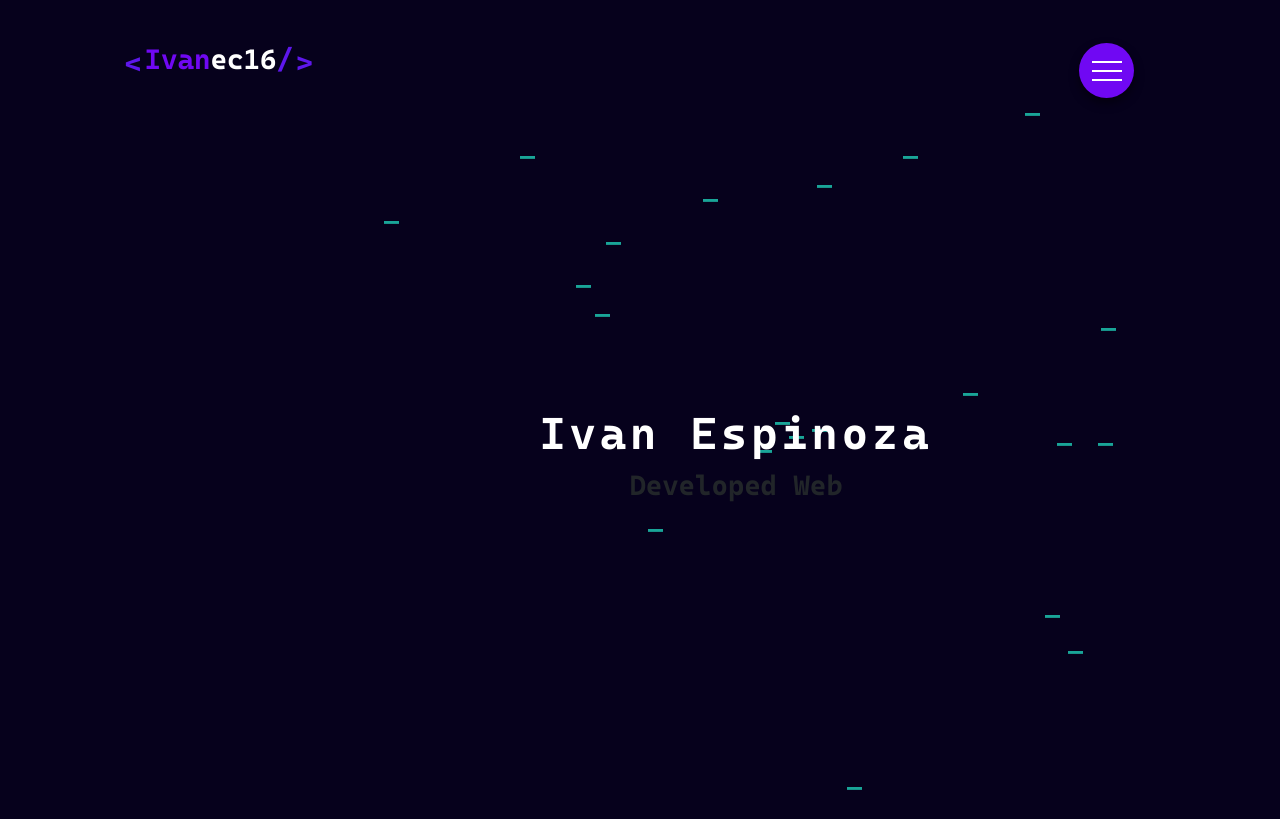
Repository: banchiec/portafolio
Page: /
An editor plug-in stored every save of this project. The page is shown before and after the next save, followed by the edit.
The browser window is 1280 px wide. The pictures show the whole page.
The project was rebuilt for these pictures with package versions that can differ from the ones it lists, and the page was loaded fresh each time.

Above is the page before, as saved 2021-01-08 15:29:58.

### public/index.html
<!DOCTYPE html>
<html lang="en">
  <head>
    <meta charset="utf-8" />
    <link rel="icon" href="%PUBLIC_URL%/favicon.ico" />
    <meta name="viewport" content="width=device-width, initial-scale=1" />
    <meta name="theme-color" content="#000000" />
    <meta
      name="description"
      content="Web site created using create-react-app"
    />
    <link rel="apple-touch-icon" href="%PUBLIC_URL%/logo192.png" />
    <!--
      manifest.json provides metadata used when your web app is installed on a
      user's mobile device or desktop. See https://developers.google.com/web/fundamentals/web-app-manifest/
    -->
    <link rel="manifest" href="%PUBLIC_URL%/manifest.json" />
    <!--
      Notice the use of %PUBLIC_URL% in the tags above.
      It will be replaced with the URL of the `public` folder during the build.
      Only files inside the `public` folder can be referenced from the HTML.

      Unlike "/favicon.ico" or "favicon.ico", "%PUBLIC_URL%/favicon.ico" will
      work correctly both with client-side routing and a non-root public URL.
      Learn how to configure a non-root public URL by running `npm run build`.
    -->
    <link rel="stylesheet" href="https://use.fontawesome.com/releases/v5.15.1/css/all.css" integrity="sha384-vp86vTRFVJgpjF9jiIGPEEqYqlDwgyBgEF109VFjmqGmIY/Y4HV4d3Gp2irVfcrp" crossorigin="anonymous">
    <title>React App</title>
  </head>
  <body data-aos-easing="ease" data-aos-duration="400" data-aos-delay="0">
    <noscript>You need to enable JavaScript to run this app.</noscript>
    <div id="root"></div>
    <!--
      This HTML file is a template.
      If you open it directly in the browser, you will see an empty page.

      You can add webfonts, meta tags, or analytics to this file.
      The build step will place the bundled scripts into the <body> tag.

      To begin the development, run `npm start` or `yarn start`.
      To create a production bundle, use `npm run build` or `yarn build`.
    -->
  </body>
</html>

### src/index.css
body {
  margin: 0;
  font-family: -apple-system, BlinkMacSystemFont, 'Segoe UI', 'Roboto', 'Oxygen',
    'Ubuntu', 'Cantarell', 'Fira Sans', 'Droid Sans', 'Helvetica Neue',
    sans-serif;
  -webkit-font-smoothing: antialiased;
  -moz-osx-font-smoothing: grayscale;
}

code {
  font-family: source-code-pro, Menlo, Monaco, Consolas, 'Courier New',
    monospace;
}

@font-face{
  font-family:'cascadiaCode-Bold';
  src: local('cascadiaCode-Bold'), url(./fonts/CascadiaCode-Bold.ttf)
}

### src/App.css
.App {
  background-color: #06011c;
  text-align: center;
}
html{
  background-color: #06011c;
  font-family: cascadiaCode-Bold;
}

.App-logo {
  height: 40vmin;
  pointer-events: none;
}

@media (prefers-reduced-motion: no-preference) {
  .App-logo {
    animation: App-logo-spin infinite 20s linear;
  }
}

.App-header {
  background-color: #282c34;
  min-height: 100vh;
  display: flex;
  flex-direction: column;
  align-items: center;
  justify-content: center;
  font-size: calc(10px + 2vmin);
  color: white;
}

.App-link {
  color: #61dafb;
}

@keyframes App-logo-spin {
  from {
    transform: rotate(0deg);
  }
  to {
    transform: rotate(360deg);
  }
}

### src/components/cards/cardPresentation/CardPresentation.js
import { formatMs } from '@material-ui/core'
import React from 'react'
import './cardPresentation.css'

export default function CardPresentation() {
    return (
        <div className="card-container">
          <div className="card-title-container">
            <h1 id="card-title">Ivan Espinoza</h1>
            <h3 id="card-tagline">Developed Web</h3>
          </div>
        </div>
    )
}

### src/components/NavbarPortafolio.css
nav#navbar1 {
    margin: 1.6rem 0 0 0 ;
    background: transparent;
    font-family: cascadiaCode-Bold;
    justify-content: space-around;

}
.navbar-brand {
    display: flex;
    grid-template-columns: repeat(5,auto);
    margin-left: 9%;
    font-weight: 10px;
    /* border: 1px solid green; */
}
.lista-logo{
    display: grid;
    grid-template-columns: repeat(5,auto);
}
.noActive {
    /* display: none; */
    visibility: hidden;
}
.first-text-logo {
    font-size: 2.2vw;
    color: #7008f3;
}
.text-logo{
    font-size: 2.2vw;
    font-weight: bold;
}
.contenedor-menor{
    margin-top: 5px;
}
.contenedor-mayor {
    margin-top: 4px;
}
.menor-mayor{
    /* padding: 0; */
    /* border: 1px solid green; */
    margin-right: 1.5px;
    color: #5e17eb;
    font-size: 2.2vw;
}
.barra-inclinada {
    margin-right: 3px;
    color: #5e17eb;
    font-size: 2.2vw;
    /* border: 1px solid green; */
}
.toggler-example {
    border: none;
    border-radius: 40px;
    /* border: 10px solid green; */
    background: transparent;
}
.icon-button {
    margin-top: 10px;
    margin-right: 9%;
}
.fa-bars {
    border-radius: 30px;
    padding: 0.8rem;
    background: #5e17eb;
    width: 50px;
    font-size: 1.4rem;
    color:white ;
}

/* menu */
.navbar-menu {
    border: 1px solid green;
    display: flex;
    float: right;
    background-color: #06011c;
    /* z-index: 1; */
    color: whitesmoke;
}

.navbar-list {
    z-index: -1;
    padding: 19rem;
    position: relative;
    list-style: none;
}

@media screen and (max-width: 360px) {
    .first-text-logo {
        font-size: 21px;
    }
    .text-logo {
        font-size: 21px;
    }
    .menor-mayor {
        font-size: 1.2rem;
    }
    .icon-button {
        bottom: 1px;
    }
    .barra-inclinada {
        margin-top: 3px;
        margin-right: 0px;

        font-size: 1rem;
    }
    .contenedor-menor {
        margin-top: 2px ;
    }
    .contenedor-mayor {
        margin-top: 2px;
    }
    .icon-button {
        margin-top: -2%;
        margin-right: -5px;

    }
    .navbar-brand {
        margin-top: -8%;
        margin-left: 1%;
    }
}

### src/components/MenuDesplegable.css
body {
  background: tomato;
  font-family: 'Roboto', 'Arial', sans-serif;
  text-rendering: geometricPrecision;
  -webkit-font-smoothing: antialiased; }

.menu-wrapper {
  margin-top: -5rem;
  /* border: 1px solid green; */
  z-index: 1;
  background: transparent;
  width: 60vw;
  height: 100vh;
  margin-top: -6.1rem;
  margin-right: .11rem;
  float: right;
  overflow: hidden;
}

.material-menu {
  float: right;
  position: relative;
  width: 100%;
  height: 100%;
  background: transparent;
  z-index: 3; }

#material-btn {
  display: flex;
  align-items: center;
  justify-content: center;
  flex-wrap: wrap;
  background: transparent;
  width: 55px;
  height: 55px;
  cursor: pointer;
  border-radius: 50%;
  z-index: 2;
  position: absolute;
  top: 42px;
  right: 9rem; }
  #material-btn.active .material-hamburguer:before {
    transform: scale(16); }
  #material-btn .material-hamburguer {
      /* border-radius: 50px;
    background: green; */
    transition: all 0.2s ease-out; }
    #material-btn .material-hamburguer:before {
      content: '';
      position: absolute;
      top: 0;
      left: 0;
      width: 55px;
      height: 55px;
      z-index: -1;
      /* background: #06011c; */
      background: #7008f3;
      border-radius: 50%;
      box-shadow: 0 5px 10px rgba(0, 0, 0, 0.5);
      transform: scale(1);
      transition: all 0.35s ease-out; }
    #material-btn .material-hamburguer .material-patty {
      width: 30px;
      height: 2px;
      background: white;
      transition: all 0.2s ease-out; }
      #material-btn .material-hamburguer .material-patty:not(:last-child) {
        margin-bottom: 6.9px; }
    #material-btn .material-hamburguer.material-close {
      transform: rotate(-180deg); }
      #material-btn .material-hamburguer.material-close .material-patty:nth-child(1) {
        transform: translate(9px, 4px) rotate(45deg) scale(0.5, 1); }
      #material-btn .material-hamburguer.material-close .material-patty:nth-child(3) {
        transform: translate(9px, -4px) rotate(-45deg) scale(0.5, 1); }

.material-content {
  margin-left: 4rem;

  /* border: 1px solid red; */
  position: relative;
  z-index: 1; }
  .material-content nav {
    /* border: 1px solid green; */
    height: 40vh;
    position: absolute;
    margin-top: -10rem;
    margin-left: 24rem;
    top: 100px;
    padding: 15%; }
    .material-content nav ul {
        /* border: 1px solid green; */
    }
    .material-content nav li {
      /* border: 1px solid green; */
      text-align: start;
      list-style: none;
      color: white;
      margin-bottom: 40px;
      transition: all 0.3s ease-out;
      transform: translateY(70px);
      opacity: 0; }
      .material-content nav li.active {
        transform: translateY(0px);
        opacity: 1; }
    .material-content nav li:nth-child(1) {
      transition-delay: 0.1s; }
    .material-content nav li:nth-child(2) {
      transition-delay: 0.2s; }
    .material-content nav li:nth-child(3) {
      transition-delay: 0.3s; }
    .material-content nav li:nth-child(4) {
      transition-delay: 0.4s; }
  .material-content a {

    /* border: 1px solid green; */
    font-size: 1.2vw;
    color: tomato;
    transition: all 0.3s ease-out; }
  .material-content.active {
    z-index: 2; }

/*# sourceMappingURL=MenuDesplegable.css.map */

Loaded but not shown: src/index.js (common file); src/reportWebVitals.js (common file); src/components/NavbarPortafolio.js (101 lines, source omitted); src/App.js (33 lines, source omitted); src/components/cards/cardPresentation/cardPresentation.css (257 lines, source omitted)

After the next save:
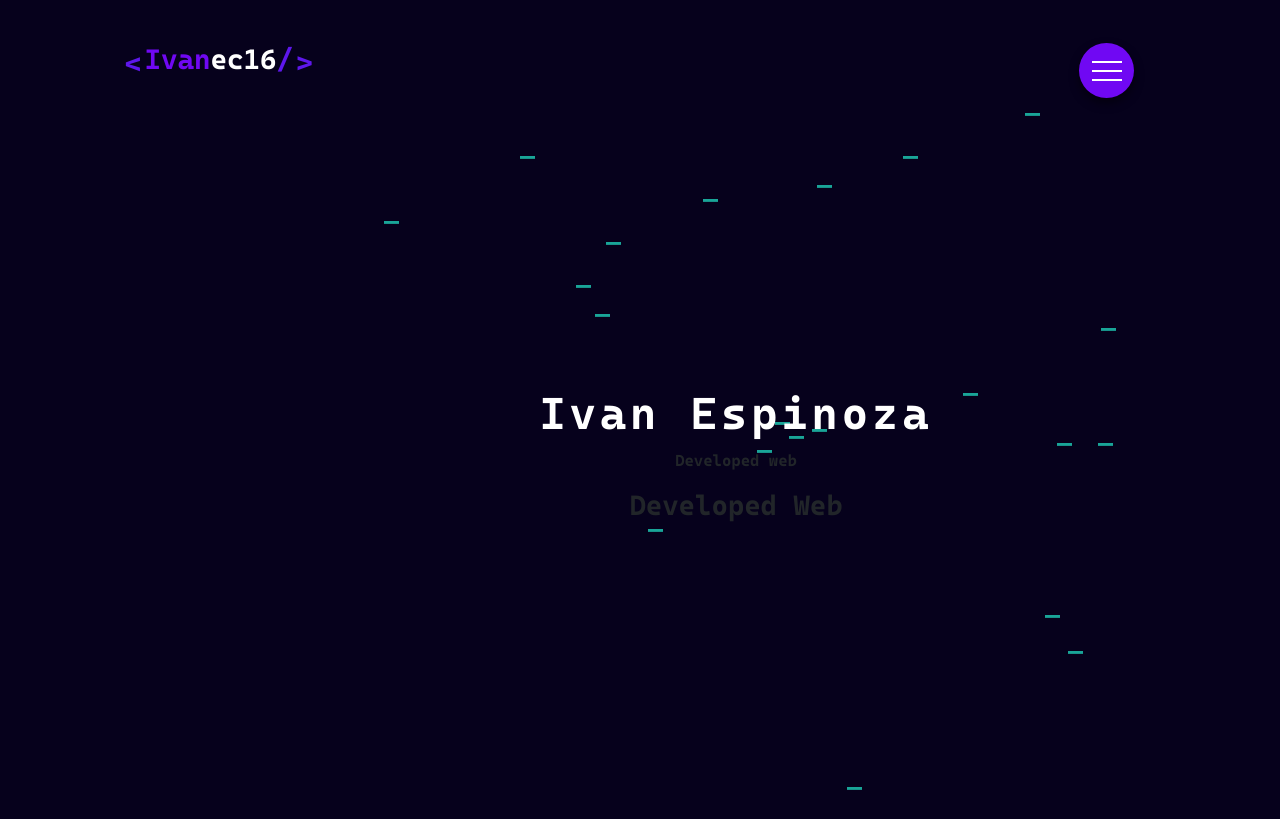
Saved 41 min 14 s later.
--- a/src/components/cards/cardPresentation/CardPresentation.js
+++ b/src/components/cards/cardPresentation/CardPresentation.js
@@ -7,6 +7,7 @@
         <div className="card-container">
           <div className="card-title-container">
             <h1 id="card-title">Ivan Espinoza</h1>
+            <p>Developed web</p>
             <h3 id="card-tagline">Developed Web</h3>
           </div>
         </div>
